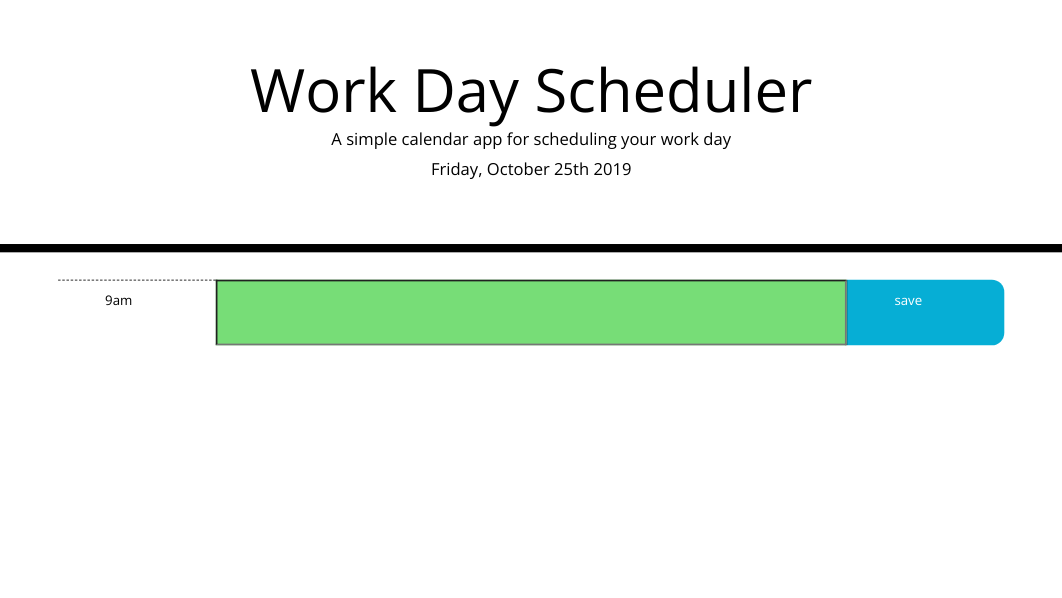
Repository: s88leigh/Day-Planner
Page: Develop/index.html
An editor plug-in stored every save of this project. The page is shown before and after the next save, followed by the edit.
The browser window is 1280 px wide. The pictures show the whole page, at 83% of full size.
Some web libraries are served in a nearby version.

Above is the page before, as saved 2019-10-25 21:05:30.
Console error: TypeError: Cannot read properties of undefined (reading 'addClass')

### Develop/index.html
<!DOCTYPE html>
<html lang="en">
  <head>
    <meta charset="UTF-8" />
    <meta name="viewport" content="width=device-width, initial-scale=1.0" />
    <meta http-equiv="X-UA-Compatible" content="ie=edge" />
    <link
      rel="stylesheet"
      href="https://stackpath.bootstrapcdn.com/bootstrap/4.3.1/css/bootstrap.min.css"
    />
    <link
      rel="stylesheet"
      href="https://use.fontawesome.com/releases/v5.8.1/css/all.css"
      integrity="sha384-50oBUHEmvpQ+1lW4y57PTFmhCaXp0ML5d60M1M7uH2+nqUivzIebhndOJK28anvf"
      crossorigin="anonymous"
    />
    <link
      href="https://fonts.googleapis.com/css?family=Open+Sans&display=swap"
      rel="stylesheet"
    />
    <link rel="stylesheet" href="style.css" />
    <title>Work Day Scheduler</title>
  </head>

  <body>
    <script src="lib\moment\moment.min.js"></script>

    <header class="jumbotron">
      <h1 class="display-3">Work Day Scheduler</h1>
      <p class="lead">A simple calendar app for scheduling your work day</p>
      <p id="currentDay" class="lead">8:00</p>
    </header>
    <div class="container">
      <!-- Timeblocks go here -->

      <div class="row">
        <div class="col-2 hour">
          9am
        </div>
        <input class="col-8 future"></input>
        <div class="col-2 saveBtn">
          save
        </div>
        </div>
        </div>
        </div>
        </div>
      </div>
      </div>


    <script>
      const curDay = document.querySelector(".currentDay");

      function updateTime(){
        const now = moment();
        const date = now.format("dddd, MMMM Do YYYY");

        currentDay.textContent = date;
      }
      setInterval (updateTime , 1000)
      updateTime();


    </script>


    <script src="https://code.jquery.com/jquery-3.4.1.min.js"></script>
    <script src="https://cdnjs.cloudflare.com/ajax/libs/moment.js/2.24.0/moment.min.js"></script>
    <script src="script.js"></script>
    </body>
</html>

### Develop/style.css
body {
  font-family: 'Open Sans', sans-serif;
  font-size: 16px;
  line-height: 1;
}

textarea{
  background: transparent;
  border: none;
  resize: none;
  color: #000000;
  border-left: 1px solid black;
  padding: 10px;
}

.jumbotron {
  text-align: center;
  background-color: transparent;
  color: black;
  border-radius: 0;
  border-bottom: 10px solid black;
}

.description{
  white-space: pre-wrap;
}

.time-block{
  text-align: center;
  border-radius: 15px;
}

.row {
  white-space: pre-wrap;
  height: 80px;
  border-top: 1px solid white;;
}

.hour {
  background-color: #ffffff;
  color: #000000;
  border-top: 1px dashed #000000;
}

.past {
  background-color: #d3d3d3;
  color: white;
}

.present {
  background-color: #ff6961;
  color: white;
}

.future {
  background-color: #77dd77;
  color: white;
}

.saveBtn {
  border-left: 1px solid black;
  border-top-right-radius: 15px;
  border-bottom-right-radius: 15px;
  background-color: #06AED5;
  color: white;
}

.saveBtn i:hover {
  font-size: 20px;
  transition: all .3s ease-in-out;
}

### Develop/script.js
var startTime = 9;
var endTime = 17
timeSlots = $(".container");

for(i = startTime; i < endTime; i++) {
    newHour = $("<div>");
    newHour.addClass("row");

    hour = $("<div>");
    hour.addClass("col-2 hour");
    // hour.text[i];

    dailyTask = $("<input>");
    dailyTask.addClass("col-8");
    dailyTask.addClass("future");


    saveButton = $("<div>");
    saveButton.addClass("col-2 saveBtn");
    submitButton.addClass("saveBtn i:hover");



    newHour.append(hour, dailyTask, saveButton);
    timeSlots.append(newHour);
 }
 var hourArray = [
    "9 am",
    "10 am",
    "11 am",
    "12 pm",
    "1 pm",
    "2 pm",
    "3 pm",
    "4 pm",
    "5 pm"
 ]
 for (var i=0; i < hourArray.length; i++) {

hour.append(hourArray);
    //  console.log(hourArray)
 }

var submitButton = $(".saveBtn");

$(".saveBtn").on("click", function(){
  console.log("clicked save button");
    });

$("#input").on("keydown", function(event) {
    event.preventDefault();
    input
})

    dailyTask.textContent="";
    // localStorage.setItem("dailyTask", dailyTaskInput);

    // var user=JSON.stringify(value);
    // localStorage.setItem("saveButton", userJSON);

Loaded but not shown: Develop/lib/moment/moment.min.js (library)

After the next save:
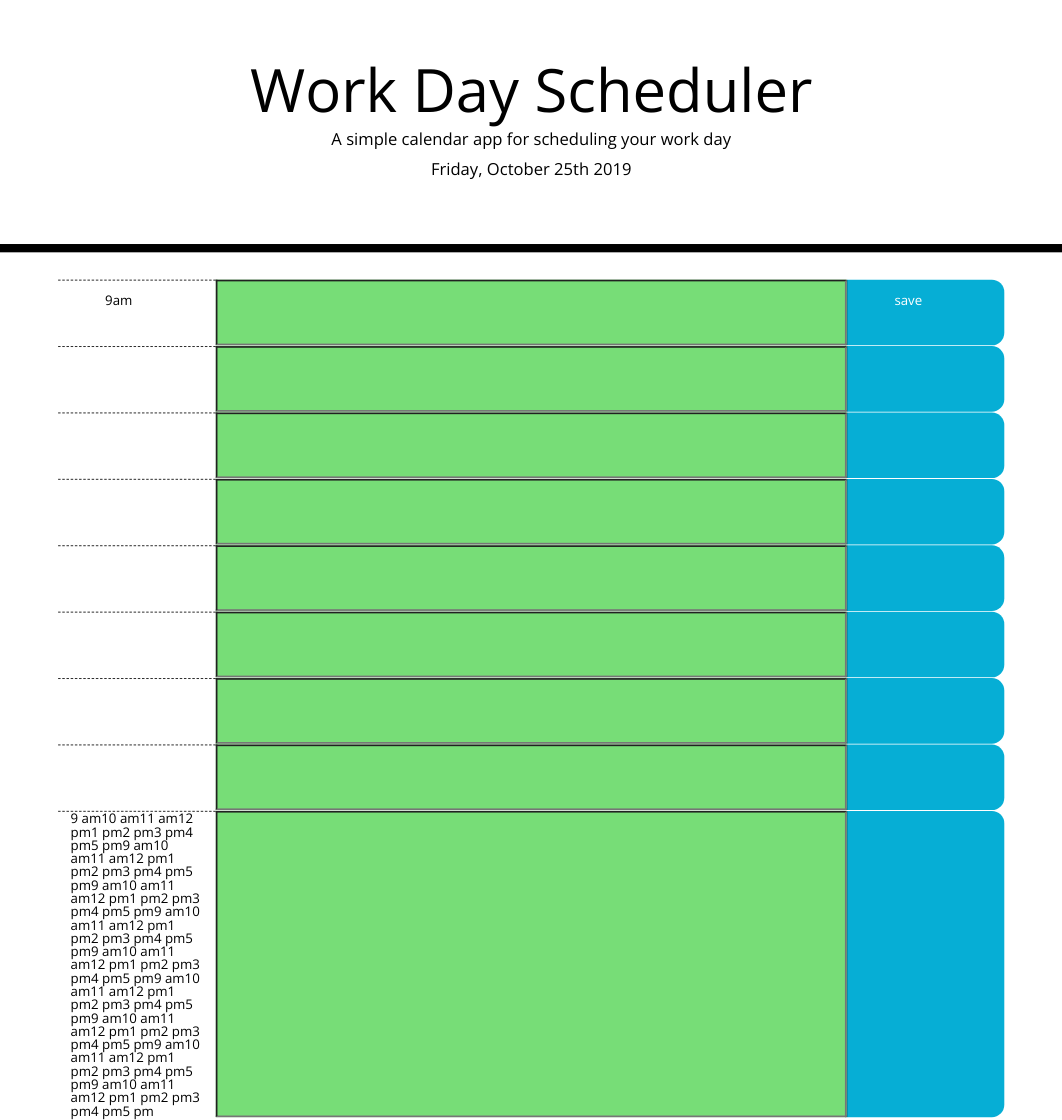
The error is gone.
Saved 4 s later.
--- a/Develop/script.js
+++ b/Develop/script.js
@@ -17,7 +17,7 @@ for(i = startTime; i < endTime; i++) {
 
     saveButton = $("<div>");
     saveButton.addClass("col-2 saveBtn");
-    submitButton.addClass("saveBtn i:hover");
+    saveButton.addClass("saveBtn i:hover");
 
 
 
